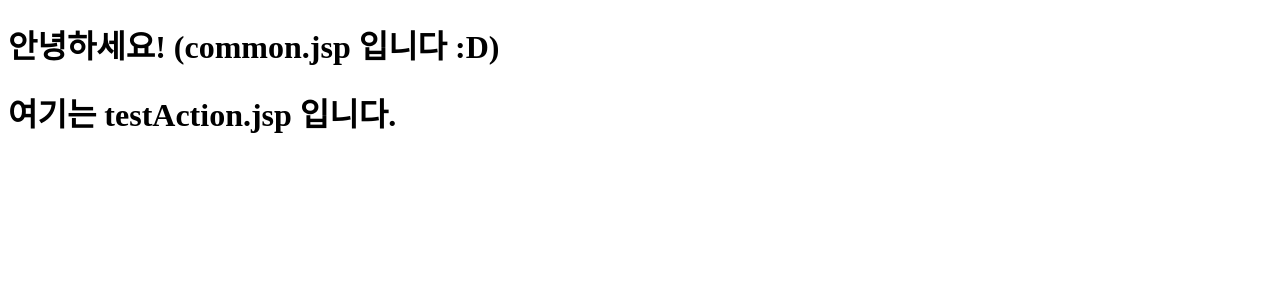
Repository: sonchanmi/JSP
Page: http://localhost/chap02-el-jstl/views/action/testAction.jsp
These files come from the project's save history. The page is drawn as it stood at one moment and after the next save; the edit follows.
The browser window is 1280 px wide. The pictures show the whole page.
The page is served by Tomcat 10. Other server files are loaded and not shown.

Above is the page before, as saved 2024-06-10 03:18:07.

### chap02-el-jstl/src/main/webapp/views/action/testAction.jsp
<%@ page language="java" contentType="text/html; charset=UTF-8"
    pageEncoding="UTF-8"%>
<!DOCTYPE html>
<html>
<head>
<meta charset="UTF-8">
<title>JSP Action Tag</title>
</head>
<body>
   <%--  <%@ include file="common.jsp" %> --%>
   <jsp:include page="common.jsp"/>
   <h1>여기는 testAction.jsp 입니다.</h1>




</body>
</html>

### chap02-el-jstl/src/main/webapp/views/action/common.jsp
<%@ page language="java" contentType="text/html; charset=UTF-8"
    pageEncoding="UTF-8"%>
<!DOCTYPE html>
<html>
<head>
<meta charset="UTF-8">
<title>Title</title>
</head>
<body>
  <h1>안녕하세요! (common.jsp 입니다 :D)</h1>
</body>
</html>

### chap02-el-jstl/src/main/webapp/views/action/testForward.jsp
<%@ page language="java" contentType="text/html; charset=UTF-8"
    pageEncoding="UTF-8"%>
<!DOCTYPE html>
<html>
<head>
<meta charset="UTF-8">
<title>Title (forward)</title>
</head>
<body>

</body>
</html>

After the next save:
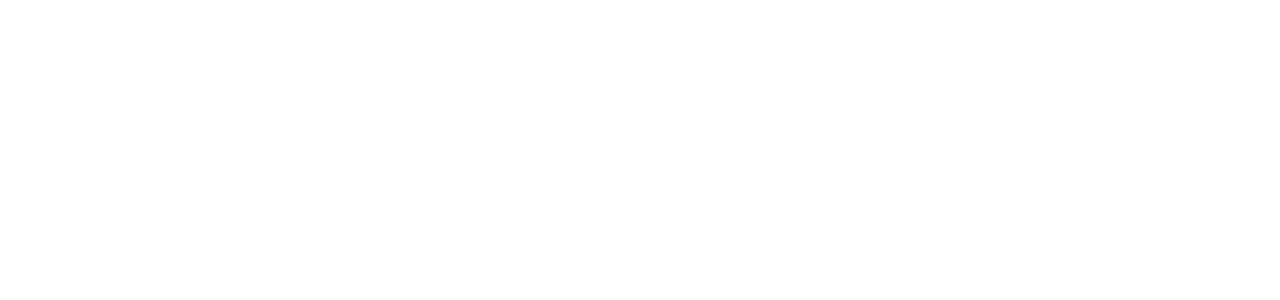
Saved 39 s later.
--- a/chap02-el-jstl/src/main/webapp/views/action/testAction.jsp
+++ b/chap02-el-jstl/src/main/webapp/views/action/testAction.jsp
@@ -11,7 +11,12 @@
    <jsp:include page="common.jsp"/>
    <h1>여기는 testAction.jsp 입니다.</h1>
 
+   <%
+      request.setAttribute("name", "다람쥐");
 
+      RequestDispatcher rd = request.getRequestDispatcher("testForward.jsp");
+      rd.forward(request, response);
+   %>
 
 
 </body>

After the save that followed:
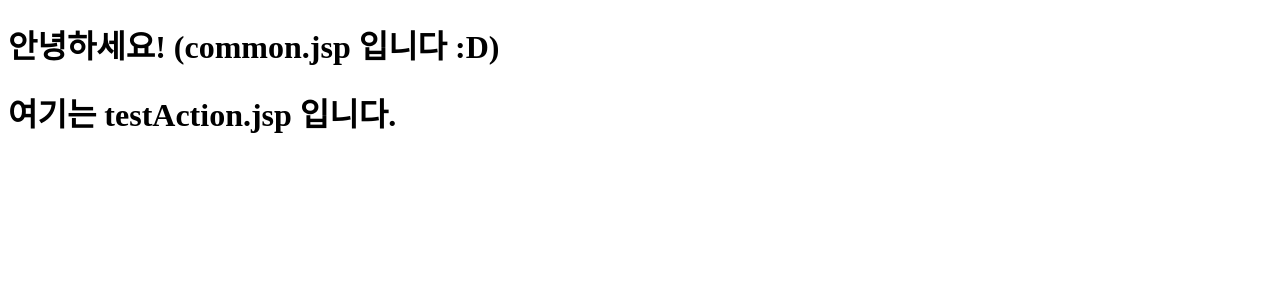
Saved 72 s later.
--- a/chap02-el-jstl/src/main/webapp/views/action/testAction.jsp
+++ b/chap02-el-jstl/src/main/webapp/views/action/testAction.jsp
@@ -13,11 +13,12 @@
 
    <%
       request.setAttribute("name", "다람쥐");
-
+       /*
       RequestDispatcher rd = request.getRequestDispatcher("testForward.jsp");
       rd.forward(request, response);
+      */
    %>
 
-
+   <jsp.forward page ="testForward.jsp"/>
 </body>
 </html>
